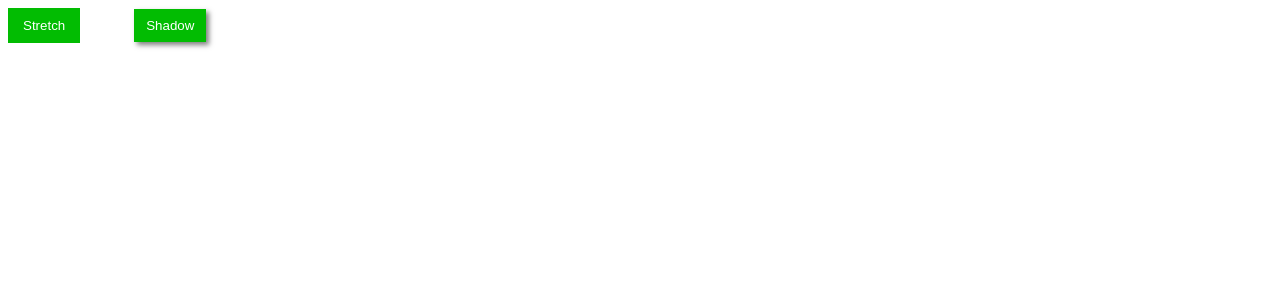
Repository: Kurumilli/Youtube
Page: 4i.html
An editor plug-in stored every save of this project. The page is shown before and after the next save, followed by the edit.
The browser window is 1280 px wide. The pictures show the whole page.

Above is the page before, as saved 2025-01-29 20:06:56.

### 4i.html
<style>
.stretch{
padding-top: 10px;
padding-bottom: 10px;
padding-left: 15px;
padding-right: 15px;
border-radius: 0;
border: none;
color: white;
background-color: rgb(2, 188, 2);
cursor: pointer;
transition: padding-top 1s,
padding-bottom 1s,
padding-left 1s,
padding-right 1s;
}

.stretch:hover{
    padding-top: 18px;
    padding-bottom: 18px;
    padding-left: 36px;
    padding-right: 36px;
}

.shadow{
margin-left: 50px;
padding-top: 9px;
padding-bottom: 9px;
padding-left: 12px;
padding-right: 12px;
border-radius: 0;
border: none;
color: white;
cursor: pointer;
background-color: rgb(2, 188, 2);
box-shadow: 3px 3px 5px rgba(0,0,0,0.5);
}

.shadow:active{
    margin-top: 3px;
    margin-left: 3px;
    box-shadow: none;
}
</style>


<button class="stretch">Stretch</button>
<button class="shadow">Shadow</button>

After the next save:
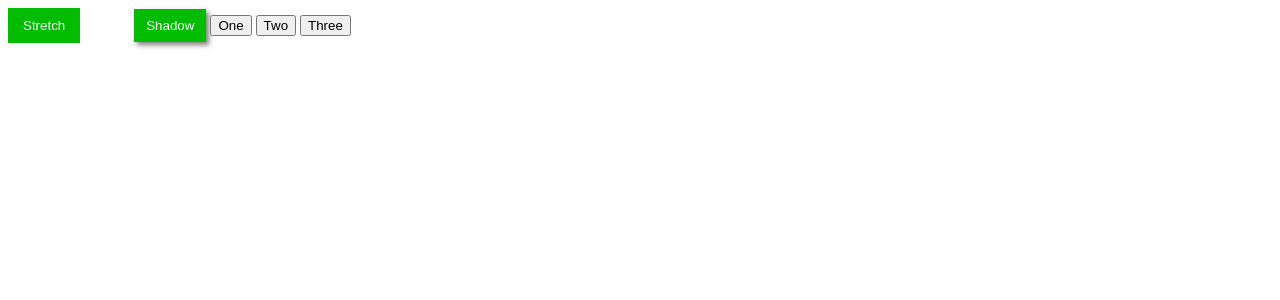
Saved 97 s later.
--- a/4i.html
+++ b/4i.html
@@ -46,3 +46,6 @@ box-shadow: 3px 3px 5px rgba(0,0,0,0.5);
 
 <button class="stretch">Stretch</button>
 <button class="shadow">Shadow</button>
+<button class="Stretch-button">One</button>
+<button class="Stretch-button">Two</button>
+<button class="Stretch-button">Three</button>
